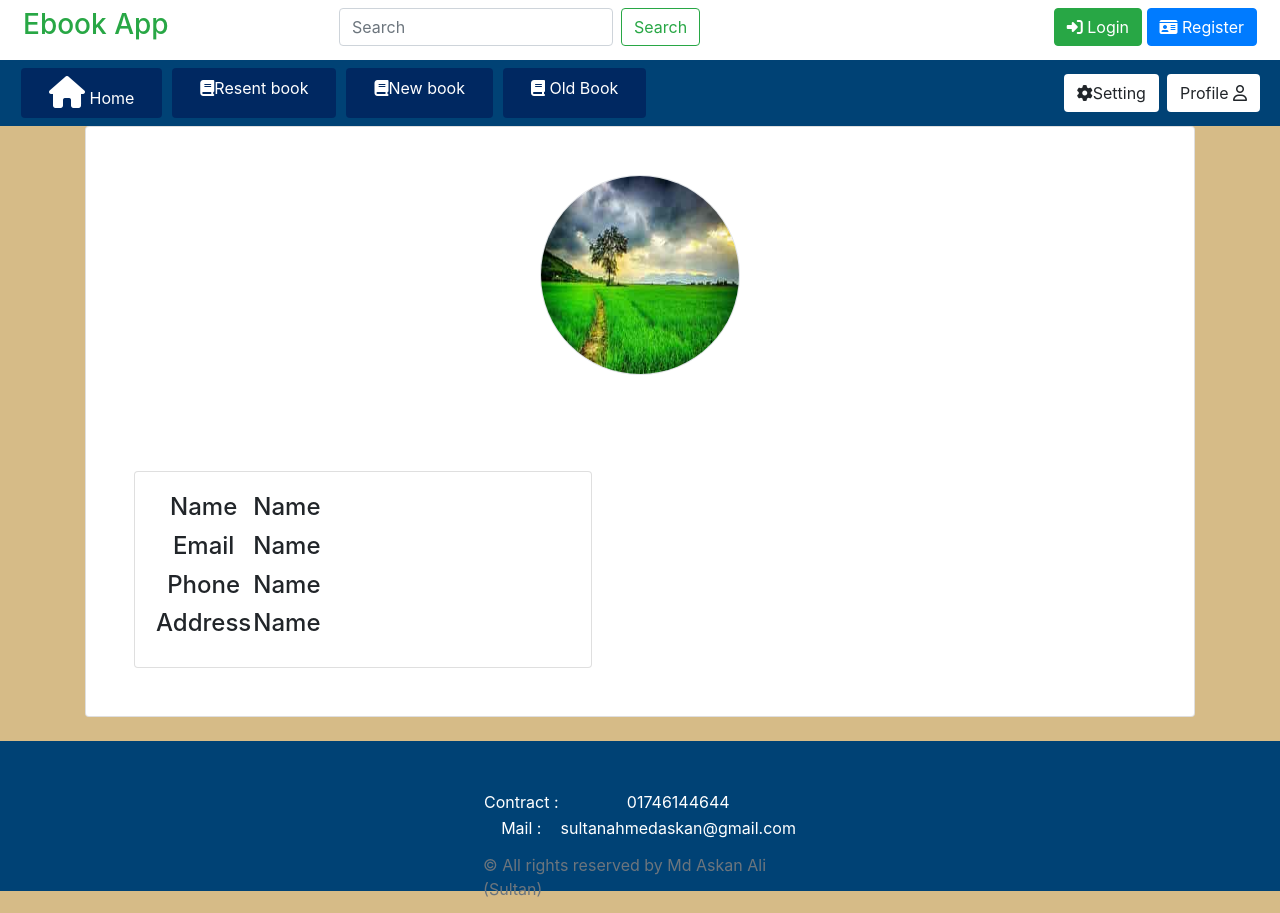
Repository: sultanaskan/EbookApp
Page: http://localhost/ebook/profile.jsp
An editor plug-in stored every save of this project. The page is shown before and after the next save, followed by the edit.
The browser window is 1280 px wide. The pictures show the whole page.
The page is served by Tomcat 9.

Above is the page before, as saved 2024-05-06 08:09:23.

After the next save:
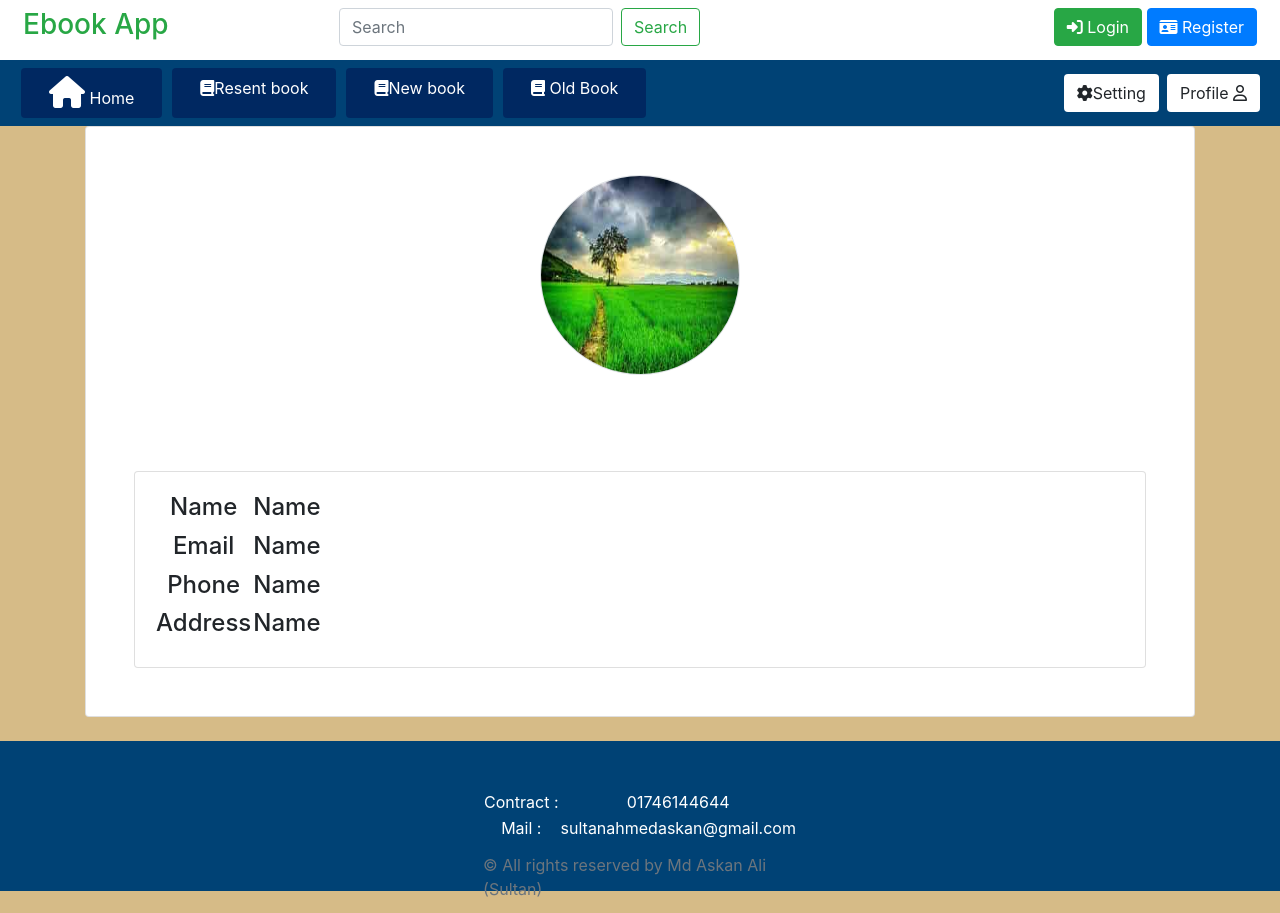
Saved 18 s later.
--- a/ebook/src/main/webapp/profile.jsp
+++ b/ebook/src/main/webapp/profile.jsp
@@ -32,7 +32,7 @@
 			</div>
 
 			<div
-				class="text-center col-6 p-5 justify-content-center align-item-center">
+				class="text-center  p-5 justify-content-center align-item-center">
 
 				<div class="card text-enter">
 					<div class="card-body">
